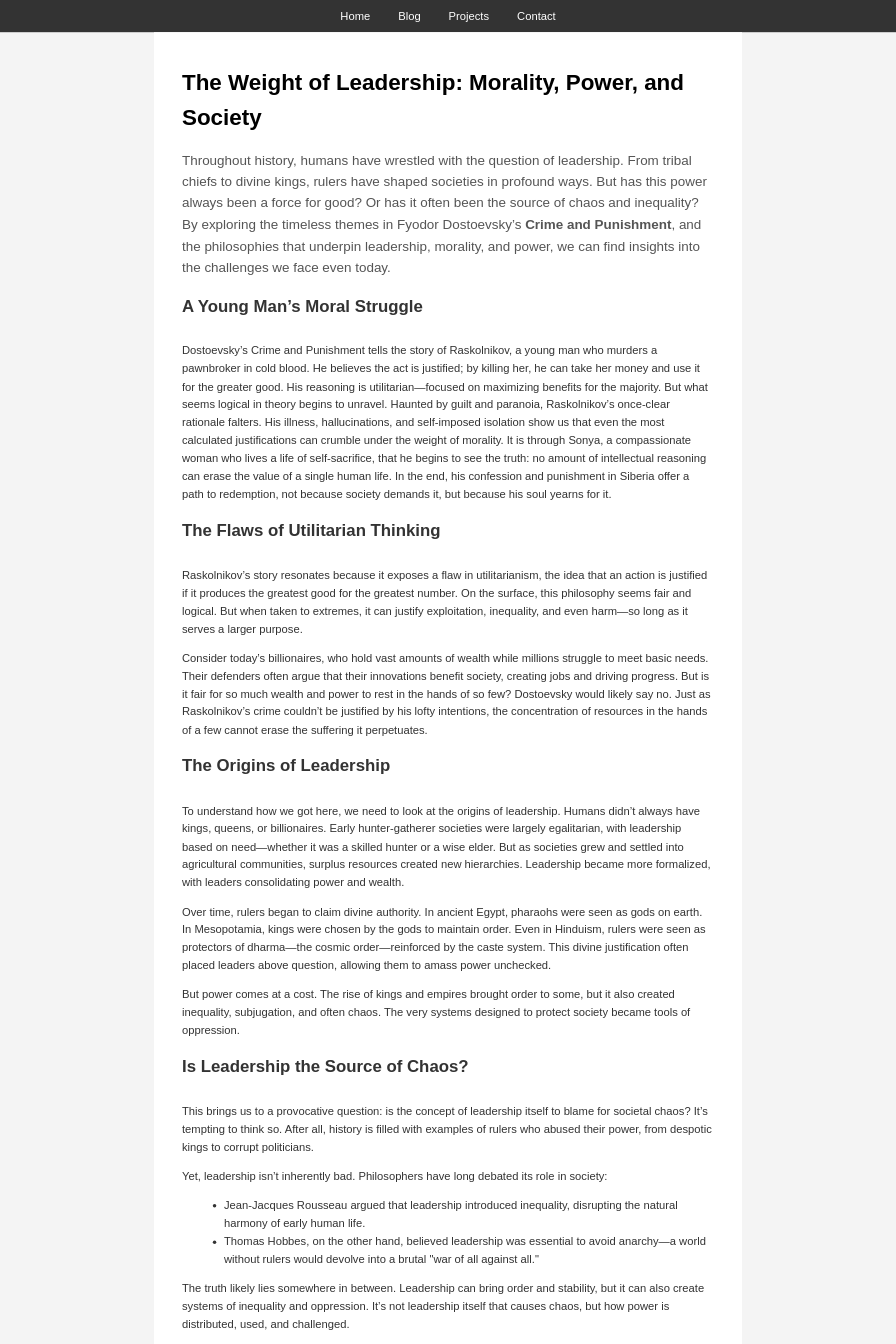
Repository: APersonalVoyage/APersonalVoyage.github.io
Page: blog_post_1.html
An editor plug-in stored every save of this project. The page is shown before and after the next save, followed by the edit.
The browser window is 1280 px wide. The pictures show the part of the page from y = 0 to 1920 px (the page is 2966 px tall before and 3073 px after), at 70% of full size.

Above is the page before, as saved 2024-11-17 17:11:32.

### blog_post_1.html
<!DOCTYPE html>
<html lang="en">
<head>
  <meta charset="UTF-8">
  <meta name="viewport" content="width=device-width, initial-scale=1.0">
  <title>The Weight of Leadership: Morality, Power, and Society</title>
  <link rel="stylesheet" href="blog_posts_css.css">
</head>
<body>
  <header class="header">
    <nav class="navbar">
      <ul class="nav-list">
        <li><a href="index.html" class="nav-link">Home</a></li>
        <li><a href="blog.html" class="nav-link">Blog</a></li>
        <li><a href="#projects" class="nav-link">Projects</a></li>
        <li><a href="#contact" class="nav-link">Contact</a></li>
      </ul>
    </nav>
  </header>

  <main class="main-content">
    <article class="blog-article">
      <header class="blog-header">
        <h1 class="blog-article-title">The Weight of Leadership: Morality, Power, and Society</h1>
        <p class="blog-article-intro">
          Throughout history, humans have wrestled with the question of leadership.
          From tribal chiefs to divine kings, rulers have shaped societies in profound ways. But has this power always been a force for good?
          Or has it often been the source of chaos and inequality? By exploring the timeless themes in Fyodor Dostoevsky’s <b>Crime and Punishment</b>, and the philosophies that underpin leadership, morality, and power, we can find insights into the challenges we face even today.
        </p>
      </header>

      <section class="blog-body">
        <h4 class="subheading">A Young Man’s Moral Struggle</h4>
        <p class="blog-article-body">
          Dostoevsky’s Crime and Punishment tells the story of Raskolnikov, a young man who murders a pawnbroker in cold blood. He believes the act is justified; by killing her, he can take her money and use it for the greater good. His reasoning is utilitarian—focused on maximizing benefits for the majority. But what seems logical in theory begins to unravel. Haunted by guilt and paranoia, Raskolnikov’s once-clear rationale falters. His illness, hallucinations, and self-imposed isolation show us that even the most calculated justifications can crumble under the weight of morality. It is through Sonya, a compassionate woman who lives a life of self-sacrifice, that he begins to see the truth: no amount of intellectual reasoning can erase the value of a single human life. In the end, his confession and punishment in Siberia offer a path to redemption, not because society demands it, but because his soul yearns for it.
        </p>

        <h4 class="subheading">The Flaws of Utilitarian Thinking</h4>
        <p class="blog-article-body">
          Raskolnikov’s story resonates because it exposes a flaw in utilitarianism, the idea that an action is justified if it produces the greatest good for the greatest number. On the surface, this philosophy seems fair and logical. But when taken to extremes, it can justify exploitation, inequality, and even harm—so long as it serves a larger purpose.
        </p>
        <p class="blog-article-body">
          Consider today’s billionaires, who hold vast amounts of wealth while millions struggle to meet basic needs. Their defenders often argue that their innovations benefit society, creating jobs and driving progress. But is it fair for so much wealth and power to rest in the hands of so few? Dostoevsky would likely say no. Just as Raskolnikov’s crime couldn’t be justified by his lofty intentions, the concentration of resources in the hands of a few cannot erase the suffering it perpetuates.
        </p>

        <h4 class="subheading">The Origins of Leadership</h4>
        <p class="blog-article-body">
          To understand how we got here, we need to look at the origins of leadership. Humans didn’t always have kings, queens, or billionaires. Early hunter-gatherer societies were largely egalitarian, with leadership based on need—whether it was a skilled hunter or a wise elder. But as societies grew and settled into agricultural communities, surplus resources created new hierarchies. Leadership became more formalized, with leaders consolidating power and wealth.
        </p>
        <p class="blog-article-body">
          Over time, rulers began to claim divine authority. In ancient Egypt, pharaohs were seen as gods on earth. In Mesopotamia, kings were chosen by the gods to maintain order. Even in Hinduism, rulers were seen as protectors of dharma—the cosmic order—reinforced by the caste system. This divine justification often placed leaders above question, allowing them to amass power unchecked.
        </p>
        <p class="blog-article-body">
          But power comes at a cost. The rise of kings and empires brought order to some, but it also created inequality, subjugation, and often chaos. The very systems designed to protect society became tools of oppression.
        </p>

        <h4 class="subheading">Is Leadership the Source of Chaos?</h4>
        <p class="blog-article-body">
          This brings us to a provocative question: is the concept of leadership itself to blame for societal chaos? It’s tempting to think so. After all, history is filled with examples of rulers who abused their power, from despotic kings to corrupt politicians.
        </p>
        <p class="blog-article-body">
          Yet, leadership isn’t inherently bad. Philosophers have long debated its role in society:
        </p>
        <ul class="philosophers-list">
          <li>Jean-Jacques Rousseau argued that leadership introduced inequality, disrupting the natural harmony of early human life.</li>
          <li>Thomas Hobbes, on the other hand, believed leadership was essential to avoid anarchy—a world without rulers would devolve into a brutal "war of all against all."</li>
        </ul>
        <p class="blog-article-body">
          The truth likely lies somewhere in between. Leadership can bring order and stability, but it can also create systems of inequality and oppression. It’s not leadership itself that causes chaos, but how power is distributed, used, and challenged.
        </p>

        <h4 class="subheading">Lessons from Philosophy and Religion</h4>
        <p class="blog-article-body">
          Both philosophy and religion offer lessons on leadership’s dual nature. Dostoevsky’s critique of utilitarianism reminds us that morality can’t be reduced to numbers or outcomes. Leadership must be grounded in justice, compassion, and respect for every individual’s worth.
        </p>
        <p class="blog-article-body">
          Religious traditions, including Hinduism, emphasize the responsibility of leaders to uphold dharma and protect their people. But these systems also show us the dangers of unchecked power. The caste system, for example, may have aimed to maintain order but often perpetuated inequality. The challenge is to strike a balance: to create systems where leadership serves the collective good without sacrificing the dignity of the individual.
        </p>

        <h4 class="subheading">Connecting the Dots</h4>
        <p class="blog-article-body">
          From Raskolnikov’s moral crisis to the evolution of kingship, a clear thread emerges: leadership and morality are inseparable. Whether it’s a 19th-century Russian student or a modern billionaire, the same questions persist:
        </p>
        <ul class="reflection-questions">
          <li>What justifies power?</li>
          <li>How should leaders act?</li>
          <li>What does a just society look like?</li>
        </ul>
        <p class="blog-article-body">
          Dostoevsky’s work, historical evidence, and philosophical debates remind us that leadership should never come at the expense of humanity. True progress begins with self-awareness, compassion, and a commitment to justice.
        </p>

        <h4 class="subheading">A Call to Reflect</h4>
        <p class="blog-article-body">
          As individuals, we must question the systems around us. Are our leaders serving us, or are we serving them? Are we justifying harm in the name of progress? By engaging with history, philosophy, and literature, we can better understand these questions—and perhaps move closer to a world where leadership uplifts rather than divides.
        </p>
        <p class="blog-article-body">
          Let’s not lose sight of Dostoevsky’s ultimate lesson: redemption is possible, but it begins with recognizing our shared humanity.
        </p>
      </section>
    </article>
  </main>

  <footer class="footer">
    <p>&copy; 2024 Abhishek Karkola. All rights reserved.</p>
  </footer>
</body>
</html>

### blog_posts_css.css
body {
  font-family: Arial, sans-serif;
  line-height: 1.6;
  margin: 0;
  padding: 0;
  background-color: #f4f4f4;
}

.header {
  background: #333;
  color: white;
  padding: 10px 0;
}

.navbar {
  display: flex;
  justify-content: center; /* Centers the navigation items */
  align-items: center;
}

.navbar .nav-list {
  list-style: none;
  display: flex; /* Aligns items horizontally */
  padding: 0;
  margin: 0;
}

.navbar .nav-link {
  color: white;
  text-decoration: none;
  padding: 10px 20px;
}

.navbar .nav-link:hover {
  color: #ff9900; /* Highlight on hover */
}

.main-content {
  padding: 20px;
  max-width: 800px;
  margin: 0 auto;
  background: white;
}

.blog-article {
  margin: 20px;
}

.blog-article-title {
  font-size: 2rem;
  font-weight: bold;
  margin-bottom: 10px;
}

.blog-article-intro {
  font-size: 1.2rem;
  color: #555;
}

.blog-body {
  font-size: 1rem;
  color: #333;
  margin-top: 20px;
}

.subheading {
  font-size: 1.5rem;
  margin-top: 20px;
}

.philosophers-list,
.reflection-questions {
  margin-left: 20px;
}

.footer {
  text-align: center;
  background: #333;
  color: white;
  padding: 10px;
  margin-top: 20px;
}

After the next save:
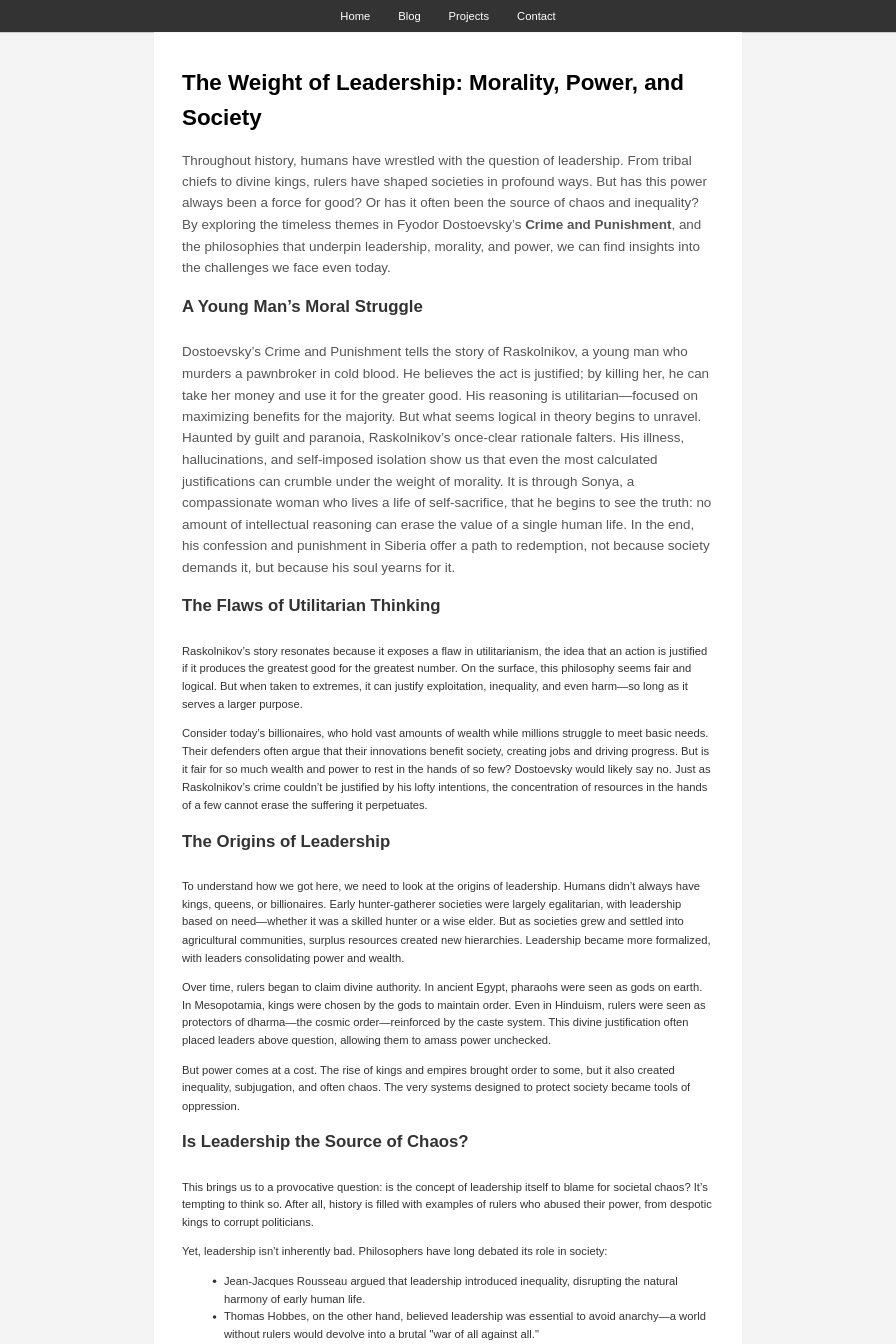
Saved 16 min 54 s later.
--- a/blog_post_1.html
+++ b/blog_post_1.html
@@ -31,7 +31,7 @@
 
       <section class="blog-body">
         <h4 class="subheading">A Young Man’s Moral Struggle</h4>
-        <p class="blog-article-body">
+        <p class="blog-article-intro">
           Dostoevsky’s Crime and Punishment tells the story of Raskolnikov, a young man who murders a pawnbroker in cold blood. He believes the act is justified; by killing her, he can take her money and use it for the greater good. His reasoning is utilitarian—focused on maximizing benefits for the majority. But what seems logical in theory begins to unravel. Haunted by guilt and paranoia, Raskolnikov’s once-clear rationale falters. His illness, hallucinations, and self-imposed isolation show us that even the most calculated justifications can crumble under the weight of morality. It is through Sonya, a compassionate woman who lives a life of self-sacrifice, that he begins to see the truth: no amount of intellectual reasoning can erase the value of a single human life. In the end, his confession and punishment in Siberia offer a path to redemption, not because society demands it, but because his soul yearns for it.
         </p>
 
